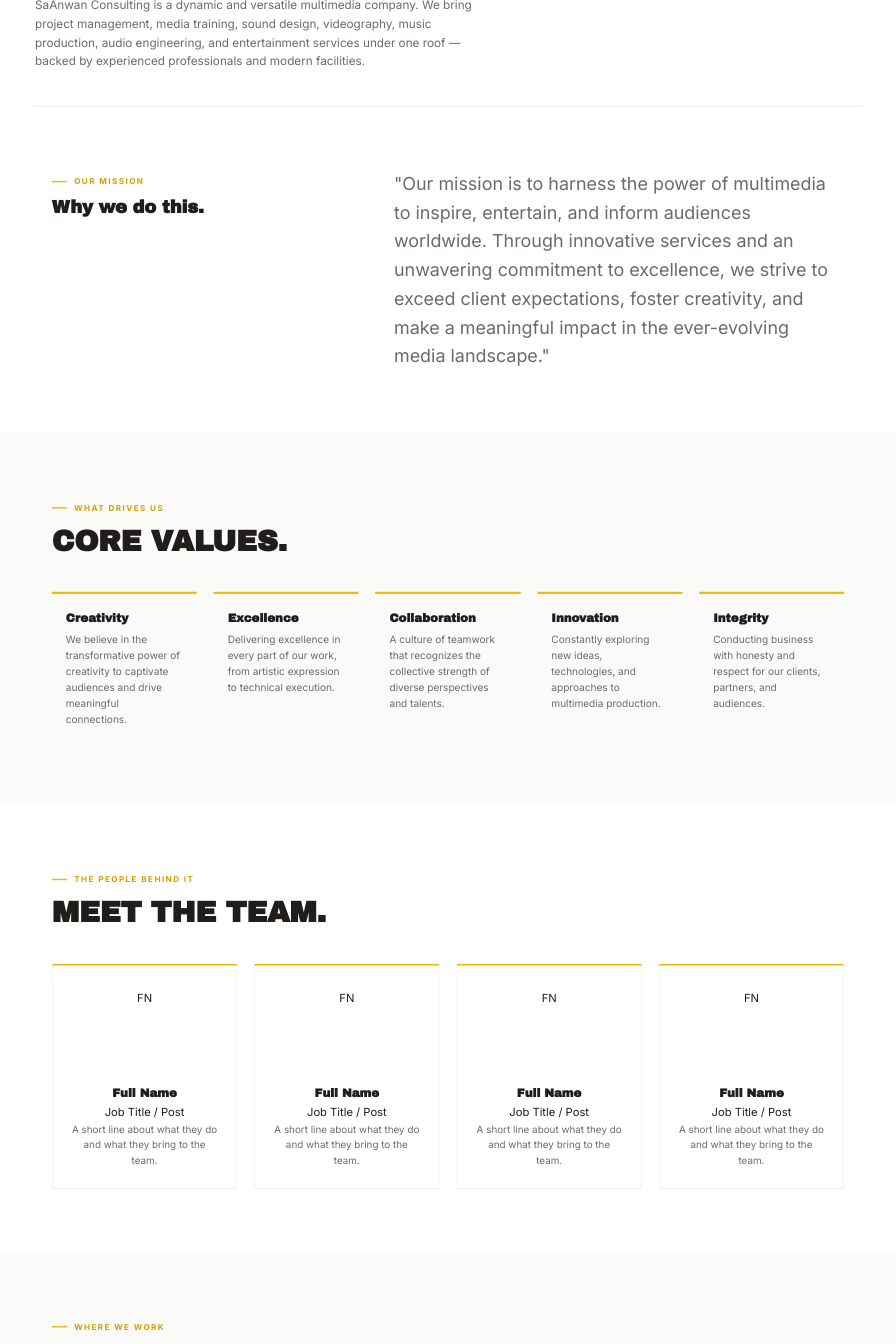
Repository: joshuaonazi/saanwan
Page: about.html
An editor plug-in stored every save of this project. The page is shown before and after the next save, followed by the edit.
The browser window is 1280 px wide. The pictures show the part of the page from y = 308 to 2228 px (the page is 3272 px tall before and 3139 px after), at 70% of full size.

Above is the page before, as saved 2026-07-10 17:03:55.

### about.html
<!DOCTYPE html>
<html lang="en">
  <head>
    <meta charset="UTF-8">
    <meta name="viewport" content="width=device-width, initial-scale=1.0">
    <title>About — SAANWAN Consulting</title>
    <meta name="description" content="Learn about SAANWAN Consulting LLC — our mission, core values, and offices in San Antonio, Las Vegas, and Nigeria.">
    <link rel="preconnect" href="https://fonts.googleapis.com">
    <link rel="preconnect" href="https://fonts.gstatic.com" crossorigin>
    <link href="https://fonts.googleapis.com/css2?family=Archivo+Black&family=Inter:wght@400;500;600;700&display=swap" rel="stylesheet">
    <link rel="stylesheet" href="styles.css">
  </head>
<body>

<header class="site-header">
  <nav class="nav wrap">
    <a href="index.html" class="logo" aria-label="SAANWAN home">
      <span class="bar"></span><span class="bar"></span><span class="bar"></span>
      SAANWAN
    </a>
    <button class="nav-toggle" aria-label="Toggle menu" aria-expanded="false">
      <span></span><span></span><span></span>
    </button>
    <div class="nav-links">
      <a href="index.html">Home</a>
      <a href="about.html" aria-current="page">About</a>
      <a href="services.html">Services</a>
      <a href="contact.html" class="nav-cta">Start a Project</a>
    </div>
  </nav>
</header>

<main>

  <section class="page-hero wrap">
    <div class="eq-divider"><span></span><span></span><span></span><span></span><span></span></div>
    <span class="eyebrow">About SaAnwan Consulting LLC</span>
    <h2 style>WHAT WE DO</h2>
    <p>Based in the United States, with offices in San Antonio, Las Vegas, and Nigeria, SaAnwan Consulting is a dynamic and versatile multimedia company. We bring project management, media training, sound design, videography, music production, audio engineering, and entertainment services under one roof — backed by experienced professionals and modern facilities.</p>
  </section>

  <section class="section">
    <div class="wrap mission-block">
      <div>
        <span class="eyebrow">Our Mission</span>
        <h2 style="text-transform:none; font-size: 1.6rem;">Why we do this.</h2>
      </div>
      <P style="text-transform:none; font-size: 1.6rem;">
        "Our mission is to harness the power of multimedia to inspire, entertain, and inform audiences worldwide. Through innovative services and an unwavering commitment to excellence, we strive to exceed client expectations, foster creativity, and make a meaningful impact in the ever-evolving media landscape."
      </P>
    </div>
  </section>

  <section class="section section-cream">
    <div class="wrap">
      <div class="section-head">
        <span class="eyebrow">What Drives Us</span>
        <h2>Core values.</h2>
      </div>
      <div class="values-grid">
        <div class="value-card">
          <h3>Creativity</h3>
          <p>We believe in the transformative power of creativity to captivate audiences and drive meaningful connections.</p>
        </div>
        <div class="value-card">
          <h3>Excellence</h3>
          <p>Delivering excellence in every part of our work, from artistic expression to technical execution.</p>
        </div>
        <div class="value-card">
          <h3>Collaboration</h3>
          <p>A culture of teamwork that recognizes the collective strength of diverse perspectives and talents.</p>
        </div>
        <div class="value-card">
          <h3>Innovation</h3>
          <p>Constantly exploring new ideas, technologies, and approaches to multimedia production.</p>
        </div>
        <div class="value-card">
          <h3>Integrity</h3>
          <p>Conducting business with honesty and respect for our clients, partners, and audiences.</p>
        </div>
      </div>
    </div>
  </section>

  <section class="section">
    <div class="wrap">
      <div class="section-head">
        <span class="eyebrow">The People Behind It</span>
        <h2>Meet the team.</h2>
      </div>
      <!--
        TEAM SETUP — this whole block is placeholder content, swap it for the real thing:
        1. Replace each <div class="placeholder-initials">XX</div> with
           <img src="assets/team/filename.jpg" alt="Full Name">
           (add real photos into an /assets/team/ folder — square images work best)
        2. Update the name, role/post, and short description text for each person.
        3. Copy a whole .team-card block to add more members, or delete one to remove.
      -->
      <div class="team-grid">
        <div class="team-card">
          <div class="team-photo">
            <div class="placeholder-initials">FN</div>
          </div>
          <div class="team-info">
            <h3>Full Name</h3>
            <span class="role">Job Title / Post</span>
            <p>A short line about what they do and what they bring to the team.</p>
          </div>
        </div>
        <div class="team-card">
          <div class="team-photo">
            <div class="placeholder-initials alt">FN</div>
          </div>
          <div class="team-info">
            <h3>Full Name</h3>
            <span class="role">Job Title / Post</span>
            <p>A short line about what they do and what they bring to the team.</p>
          </div>
        </div>
        <div class="team-card">
          <div class="team-photo">
            <div class="placeholder-initials">FN</div>
          </div>
          <div class="team-info">
            <h3>Full Name</h3>
            <span class="role">Job Title / Post</span>
            <p>A short line about what they do and what they bring to the team.</p>
          </div>
        </div>
        <div class="team-card">
          <div class="team-photo">
            <div class="placeholder-initials alt">FN</div>
          </div>
          <div class="team-info">
            <h3>Full Name</h3>
            <span class="role">Job Title / Post</span>
            <p>A short line about what they do and what they bring to the team.</p>
          </div>
        </div>
      </div>
    </div>
  </section>

  <section class="section section-cream">
    <div class="wrap">
      <div class="section-head">
        <span class="eyebrow">Where We Work</span>
        <h2>Our locations.</h2>
      </div>
      <div class="locations-grid">
        <div class="location-card">
          <span class="eyebrow">Texas</span>
          <h3>San Antonio</h3>
          <p>United States</p>
        </div>
        <div class="location-card">
          <span class="eyebrow">Nevada</span>
          <h3>Las Vegas</h3>
          <p>United States</p>
        </div>
        <div class="location-card">
          <span class="eyebrow">West Africa</span>
          <h3>Nigeria</h3>
          <p>International office</p>
        </div>
      </div>
    </div>
  </section>

  <section class="cta-banner">
    <div class="wrap">
      <span class="eyebrow" style="color: var(--color-yellow);">Let's Talk</span>
      <h2>Bring your project to a team that's done this before.</h2>
      <div class="cta-actions">
        <a href="contact.html" class="btn btn-primary">Get In Touch</a>
        <a href="services.html" class="btn btn-outline-light">See All Services</a>
      </div>
    </div>
  </section>

</main>

<footer class="site-footer">
  <div class="wrap">
    <div class="footer-top">
      <div>
        <a href="index.html" class="logo">
          <span class="bar"></span><span class="bar"></span><span class="bar"></span>
          SAANWAN
        </a>
        <p>A multimedia consulting company delivering creative and technical excellence across production, sound, and screen.</p>
      </div>
      <div class="footer-col">
        <h4>Site</h4>
        <ul>
          <li><a href="index.html">Home</a></li>
          <li><a href="about.html">About</a></li>
          <li><a href="services.html">Services</a></li>
          <li><a href="contact.html">Contact</a></li>
        </ul>
      </div>
      <div class="footer-col">
        <h4>Services</h4>
        <ul>
          <li><a href="services.html">Sound Design</a></li>
          <li><a href="services.html">Videography</a></li>
          <li><a href="services.html">Music Production</a></li>
          <li><a href="services.html">Audio Engineering</a></li>
        </ul>
      </div>
      <div class="footer-col">
        <h4>Locations</h4>
        <ul>
          <li><a href="about.html">San Antonio, USA</a></li>
          <li><a href="about.html">Las Vegas, USA</a></li>
          <li><a href="about.html">Nigeria</a></li>
        </ul>
      </div>
    </div>
    <div class="footer-bottom">
      <span>&copy; <span id="year"></span> SaAnwan Consulting LLC. All rights reserved.</span>
      <span>Built for creators, by creators.</span>
    </div>
  </div>
</footer>

<script src="index.js"></script>
</body>
</html>

Loaded but not shown: index.js (129 lines, source omitted); styles.css (757 lines, source omitted)

After the next save:
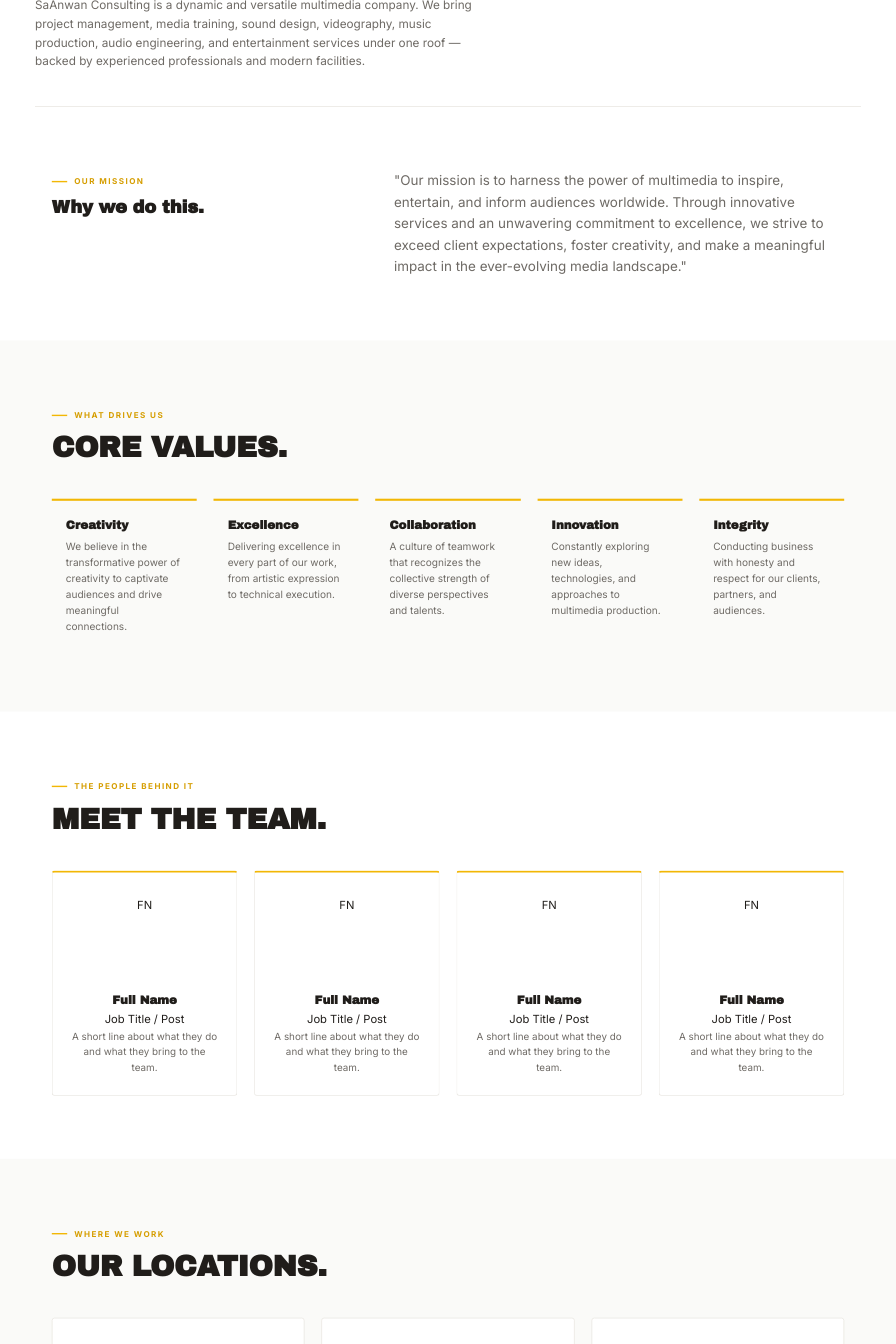
Saved 17 s later.
--- a/about.html
+++ b/about.html
@@ -45,7 +45,7 @@
         <span class="eyebrow">Our Mission</span>
         <h2 style="text-transform:none; font-size: 1.6rem;">Why we do this.</h2>
       </div>
-      <P style="text-transform:none; font-size: 1.6rem;">
+      <P style="text-transform:none; font-size: 1.2rem;">
         "Our mission is to harness the power of multimedia to inspire, entertain, and inform audiences worldwide. Through innovative services and an unwavering commitment to excellence, we strive to exceed client expectations, foster creativity, and make a meaningful impact in the ever-evolving media landscape."
       </P>
     </div>
